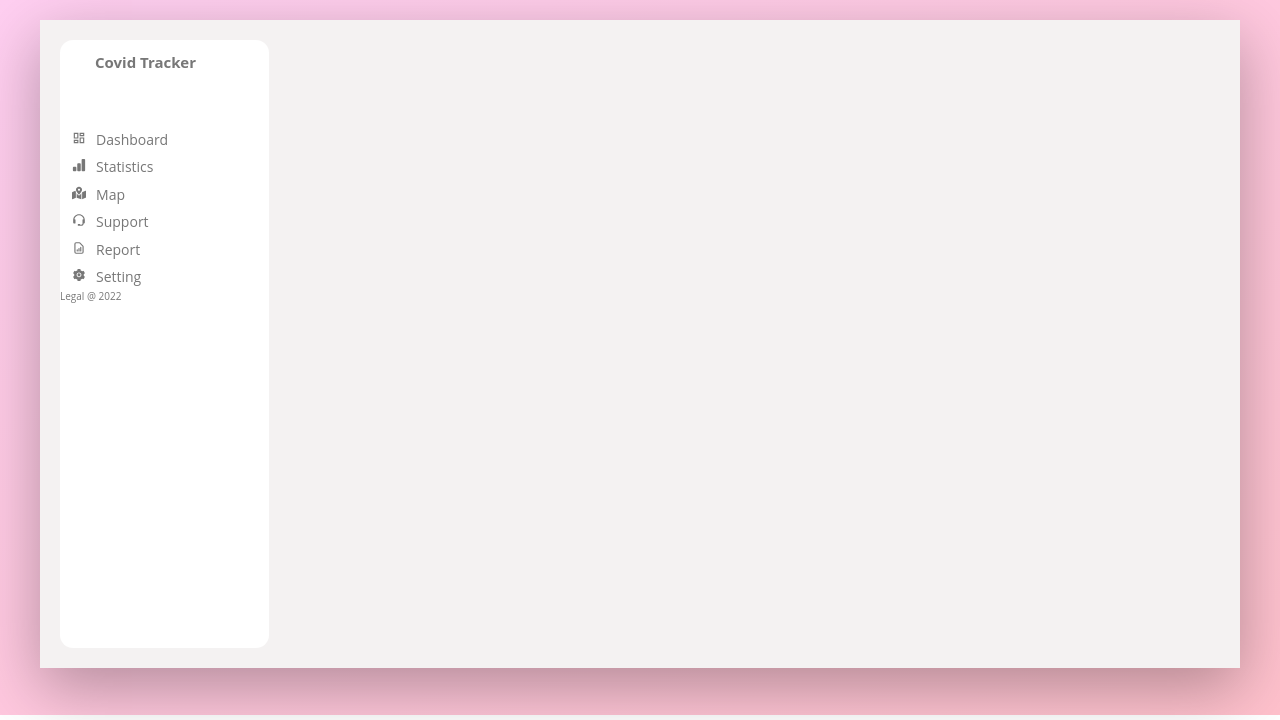
Repository: okidijimmy200/CovidAdminTracker
Page: /
The author's editor kept a copy of each file at every save. The page is drawn from the files as they stood at one save, then again after the next save.
The browser window is 1280 px wide. The pictures show the whole page.
The project was rebuilt for these pictures with package versions that can differ from the ones it lists, and the page was loaded fresh each time.

Above is the page before, as saved 2022-06-10 09:40:49.

### src/index.scss
:root {
  --color-primary:#eb2f64;
  --color-primary-light:#ffcff1;
  --color-primary-dark:#ffc1cc;
  --color-grey-light-1: #faf9f9;
  --color-grey-light-2: #f4f2f2;
  --color-grey-light-3: #f0eeee;
  --color-grey-light-4: #ccc;
  --color-grey-dark-1: #333;
  --color-grey-dark-2: #777;
  --color-grey-dark-3: #999;

  // creating variable for box
  --shadow-dark: 0 2rem 6rem rgba(0, 0, 0, 0.3);

  --shadow-light: 0 2rem 5rem rgba(0,0,0,.06);
}


* {
  margin: 0;
  padding: 0;
}
*,
*::before,
*::after {
  box-sizing: inherit;
}

html {
  box-sizing: border-box;
  font-size: 62.5%;

}

body {
  font-family: 'Open Sans', sans-serif;
  font-weight: 400;
  line-height: 1.6;
  color: var(--color-grey-dark-2);
  background-image: linear-gradient(to right bottom, var(--color-primary-light), var(--color-primary-dark));
  background-size: cover;
  background-repeat: no-repeat;
  min-height: 96.5vh;
}

### src/App.tsx
import React from 'react';
import Sidebar from './sidebar/sidebar';
import Content from './core/content';
import './App.scss';

function App() {
  return (
    <div data-testid='container' className="container">
      <div className="content">
      <Sidebar />
      <Content />
      </div>

    </div>
  );
}

export default App;

### src/sidebar/sidebar.tsx
import React from 'react'
import {MdOutlineDashboard  } from 'react-icons/md'
import { BsFillBarChartFill } from 'react-icons/bs'
import { FaMapMarkedAlt } from 'react-icons/fa'
import { BiSupport } from 'react-icons/bi'
import { HiOutlineDocumentReport } from 'react-icons/hi'
import { AiFillSetting } from 'react-icons/ai'

import './sidebar.scss'

export default function sidebar() {
  return (
    <>
    <nav className="sidebar">
        <h2 className='title'>Covid Tracker</h2>
        <div className='sidebar-flex'>

        <ul className="side-nav">
            <li className="side-nav__item side-nav__item--active">
                <span className='side-nav__icon'><MdOutlineDashboard /></span>
                    <span>Dashboard</span>
            </li>
            <li className="side-nav__item">
                {/* <a href="#" class="side-nav__link"> */}
                    <span className="side-nav__icon">
                        <BsFillBarChartFill />
                        {/* <use xlink:href="img/spritspam#icon-aircraft-take-off"></use> */}
                    </span>
                    <span>Statistics</span>
                {/* </a> */}
            </li>
            <li className="side-nav__item">
                {/* <a href="#" class="side-nav__link"> */}
                    <span className="side-nav__icon">
                        <FaMapMarkedAlt />
                        {/* <use xlink:href="img/sprite.svg#icon-key"></use> */}
                    </span>
                    <span>Map</span>
                {/* </a> */}
            </li>
            <li className="side-nav__item">
                {/* <a href="#" className="side-nav__link"> */}
                    <span className="side-nav__icon">
                        {/* <use xlink:href="img/sprite.svg#icon-map"></use> */}
                        <BiSupport />
                    </span>
                    <span>Support</span>
                {/* </a> */}
            </li>
            <li className="side-nav__item">
                {/* <a href="#" className="side-nav__link"> */}
                    <span className="side-nav__icon">
                        {/* <use xlink:href="img/sprite.svg#icon-map"></use> */}
                        <HiOutlineDocumentReport />
                    </span>
                    <span>Report</span>
                {/* </a> */}
            </li>
            <li className="side-nav__item">
                {/* <a href="#" className="side-nav__link"> */}
                    <span className="side-nav__icon">
                        {/* <use xlink:href="img/sprite.svg#icon-map"></use> */}
                        <AiFillSetting />
                    </span>
                    <span>Setting</span>
                {/* </a> */}
            </li>
        </ul>
        <div className="legal">
            Legal @ 2022
        </div>
        </div>
    </nav>
</>
  )
}

### src/core/content.tsx
import React from 'react'

import './content.scss'

export default function Content() {
  return (
    <main className="hotel-view">
    </main>
  )
}

### src/App.scss
.container {
  max-width: 120rem;
  // centering in the view port
  margin: 2rem auto;
  background-color: var(--color-grey-light-2);
  // box-shadow:;
  box-shadow: var(--shadow-dark);

  // min height for testing
  // min-height: 60rem;

}

.content {
  display: flex;
  min-height: 90vh;
  padding: 2rem;
}

### src/sidebar/sidebar.scss

.sidebar {
    // styling the sidebar
    background-color: #fff;
    // flex property to define width, grow 0, shrink 0
    flex: 0 0 18%;
    // to create alot of space in the container for legal text
    border-radius: 1.3rem;
}

.side-nav {
    // adding font size
    font-size: 1.4rem;
    list-style: none;
    margin-top: 3.5rem;

   &__item {
       // parent element set to relative to element the hover effect
       position: relative;
       cursor: pointer;
       margin-left: 1.2rem;

       // to create space btn the items
       &:not(:last-child) {
           margin-bottom: .5rem;
       }
   }

   // this shd be visible only when we hover the item
   &__item:hover::before,
   // to make one of the li items initially highlighted
   &__item--active::before {
       width: 100%;
   }

   // to show the item as selected
   &__item:active::before {
       background-color: #fff;
   }


   &__link:link,
   &__link:visited {
    //    color: var(--color-grey-light-1);
       text-decoration: none;
       text-transform: uppercase;
       display: inline-block;
       padding: 1.5rem 3rem;
       // z-index only works with positioning
       position: relative;
       z-index: 10;
       // to align items in straight line
       display: flex;
       align-items: center;
   }

   &__icon {
       // reduce size of icons
       width: 1.75rem;
       height: 1.75rem;
       margin-right: 1rem;
       // current color is the color of the current element
       fill:currentColor;
   }
}
.sidebar-flex {
    display: flex;
    flex-direction: column;
    justify-content: space-between;
    // height: 90rem;
}
.title {
    padding: 1rem 2rem 2rem 3.5rem;
}

### src/core/content.scss
.hotel-view {
    // background-color: #fff;
    // to make the hotel-view cover up the remaining space
    flex: 1;
    margin-left: 2rem;
}

Loaded but not shown: public/index.html (common file); src/index.tsx (common file); src/reportWebVitals.ts (common file)

After the next save:
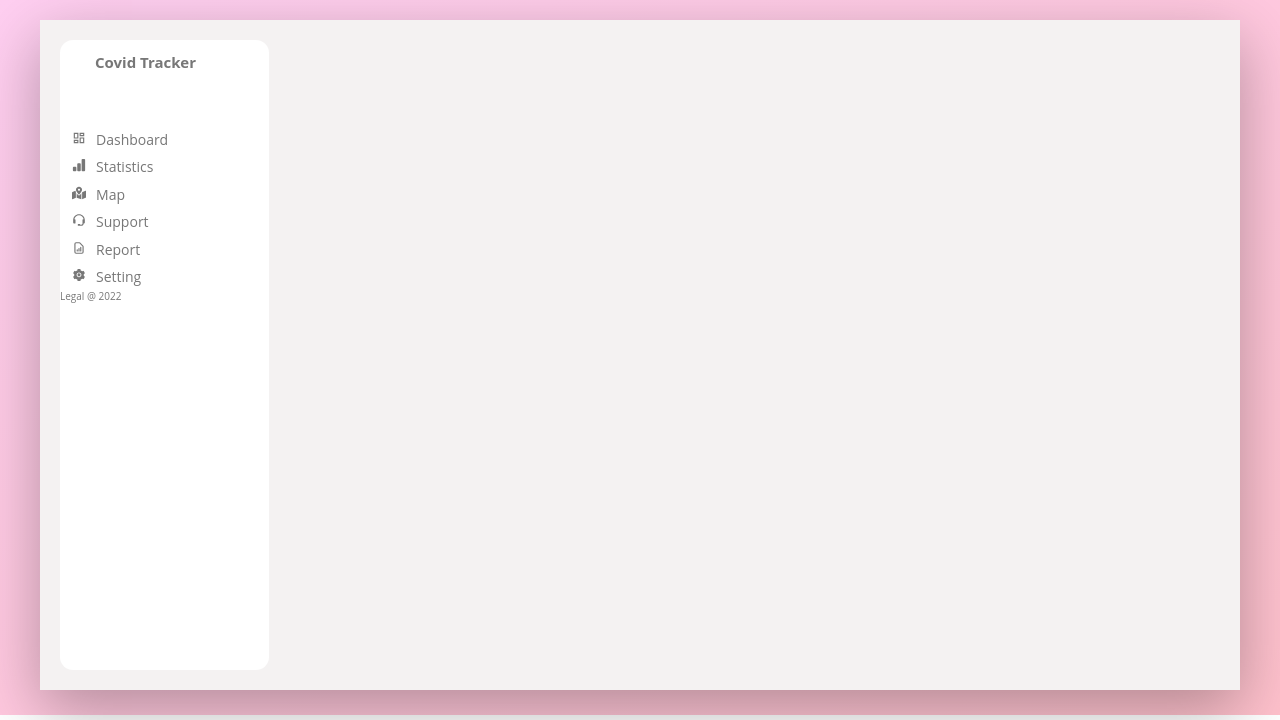
Saved 94 s later.
--- a/src/App.scss
+++ b/src/App.scss
@@ -13,6 +13,6 @@
 
 .content {
   display: flex;
-  min-height: 90vh;
+  min-height: 93vh;
   padding: 2rem;
 }
